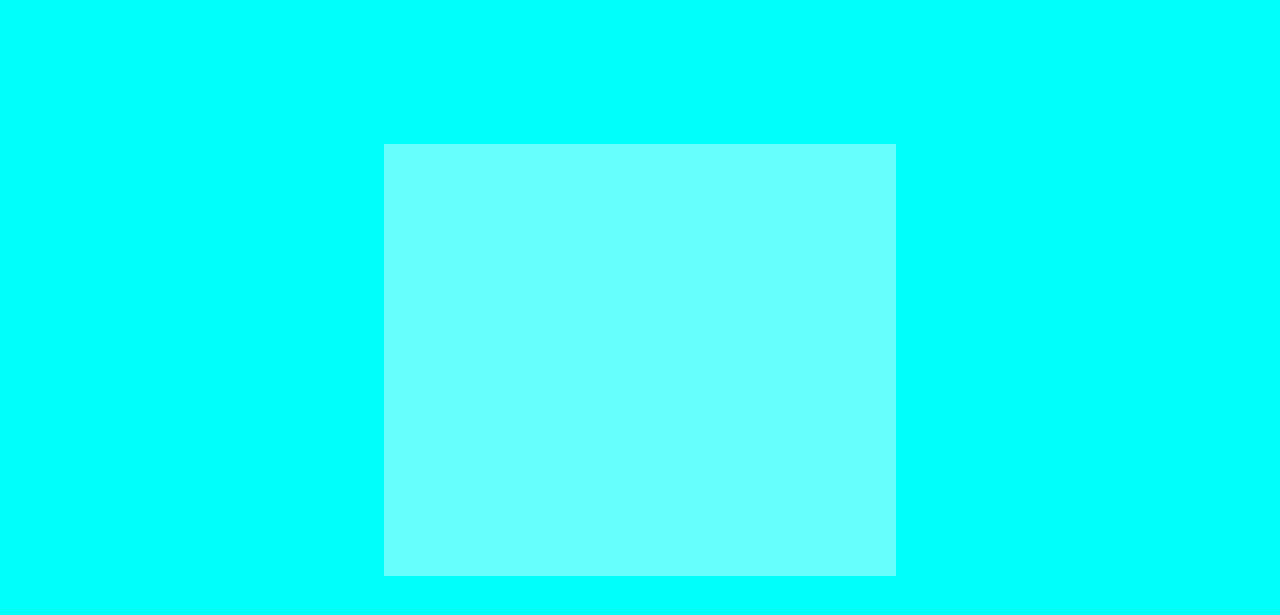
Repository: FaisalFahed/login-page
Page: html/صفحة تسجيل دخول.html
These files come from the project's save history. The page is drawn as it stood at one moment and after the next save; the edit follows.
The browser window is 1280 px wide. The pictures show the whole page.
Some web fonts or font styles are not loaded; a fallback is used.

Above is the page before, as saved 2025-04-01 08:00:05.

### html/صفحة تسجيل دخول.html
<!DOCTYPE html>
<html lang="en">
<head>
    <meta charset="UTF-8">
    <meta name="viewport" content="width=device-width, initial-scale=1.0">
    <link rel="stylesheet" href="css/normlaize.css">
    <link rel="stylesheet" href="../css/صفحة تسجيل دخول.css">
    <!-- Font Awesome -->
    <link rel="stylesheet" href="../css/all.min.css">
    <!-- Google Fonts -->
    <link rel="preconnect" href="https://fonts.googleapis.com">
    <link rel="preconnect" href="https://fonts.gstatic.com" crossorigin>
    <link href="https://fonts.googleapis.com/css2?family=Markazi+Text:wght@400..700&display=swap" rel="stylesheet">
    <title>Faisal | صفحة تسجيل دخول</title>
</head>
    <body>
        <div class="container">

        </div>
    </body>
</html>

### css/normlaize.css
/*! normalize.css v8.0.1 | MIT License | github.com/necolas/normalize.css */

/* Document
   ========================================================================== */

/**
 * 1. Correct the line height in all browsers.
 * 2. Prevent adjustments of font size after orientation changes in iOS.
 */

 html {
  line-height: 1.15; /* 1 */
  -webkit-text-size-adjust: 100%; /* 2 */
}

/* Sections
   ========================================================================== */

/**
 * Remove the margin in all browsers.
 */

body {
  margin: 0;
}

/**
 * Render the `main` element consistently in IE.
 */

main {
  display: block;
}

/**
 * Correct the font size and margin on `h1` elements within `section` and
 * `article` contexts in Chrome, Firefox, and Safari.
 */

h1 {
  font-size: 2em;
  margin: 0.67em 0;
}

/* Grouping content
   ========================================================================== */

/**
 * 1. Add the correct box sizing in Firefox.
 * 2. Show the overflow in Edge and IE.
 */

hr {
  box-sizing: content-box; /* 1 */
  height: 0; /* 1 */
  overflow: visible; /* 2 */
}

/**
 * 1. Correct the inheritance and scaling of font size in all browsers.
 * 2. Correct the odd `em` font sizing in all browsers.
 */

pre {
  font-family: monospace, monospace; /* 1 */
  font-size: 1em; /* 2 */
}

/* Text-level semantics
   ========================================================================== */

/**
 * Remove the gray background on active links in IE 10.
 */

a {
  background-color: transparent;
}

/**
 * 1. Remove the bottom border in Chrome 57-
 * 2. Add the correct text decoration in Chrome, Edge, IE, Opera, and Safari.
 */

abbr[title] {
  border-bottom: none; /* 1 */
  text-decoration: underline; /* 2 */
  text-decoration: underline dotted; /* 2 */
}

/**
 * Add the correct font weight in Chrome, Edge, and Safari.
 */

b,
strong {
  font-weight: bolder;
}

/**
 * 1. Correct the inheritance and scaling of font size in all browsers.
 * 2. Correct the odd `em` font sizing in all browsers.
 */

code,
kbd,
samp {
  font-family: monospace, monospace; /* 1 */
  font-size: 1em; /* 2 */
}

/**
 * Add the correct font size in all browsers.
 */

small {
  font-size: 80%;
}

/**
 * Prevent `sub` and `sup` elements from affecting the line height in
 * all browsers.
 */

sub,
sup {
  font-size: 75%;
  line-height: 0;
  position: relative;
  vertical-align: baseline;
}

sub {
  bottom: -0.25em;
}

sup {
  top: -0.5em;
}

/* Embedded content
   ========================================================================== */

/**
 * Remove the border on images inside links in IE 10.
 */

img {
  border-style: none;
}

/* Forms
   ========================================================================== */

/**
 * 1. Change the font styles in all browsers.
 * 2. Remove the margin in Firefox and Safari.
 */

button,
input,
optgroup,
select,
textarea {
  font-family: inherit; /* 1 */
  font-size: 100%; /* 1 */
  line-height: 1.15; /* 1 */
  margin: 0; /* 2 */
}

/**
 * Show the overflow in IE.
 * 1. Show the overflow in Edge.
 */

button,
input { /* 1 */
  overflow: visible;
}

/**
 * Remove the inheritance of text transform in Edge, Firefox, and IE.
 * 1. Remove the inheritance of text transform in Firefox.
 */

button,
select { /* 1 */
  text-transform: none;
}

/**
 * Correct the inability to style clickable types in iOS and Safari.
 */

button,
[type="button"],
[type="reset"],
[type="submit"] {
  -webkit-appearance: button;
}

/**
 * Remove the inner border and padding in Firefox.
 */

button::-moz-focus-inner,
[type="button"]::-moz-focus-inner,
[type="reset"]::-moz-focus-inner,
[type="submit"]::-moz-focus-inner {
  border-style: none;
  padding: 0;
}

/**
 * Restore the focus styles unset by the previous rule.
 */

button:-moz-focusring,
[type="button"]:-moz-focusring,
[type="reset"]:-moz-focusring,
[type="submit"]:-moz-focusring {
  outline: 1px dotted ButtonText;
}

/**
 * Correct the padding in Firefox.
 */

fieldset {
  padding: 0.35em 0.75em 0.625em;
}

/**
 * 1. Correct the text wrapping in Edge and IE.
 * 2. Correct the color inheritance from `fieldset` elements in IE.
 * 3. Remove the padding so developers are not caught out when they zero out
 *    `fieldset` elements in all browsers.
 */

legend {
  box-sizing: border-box; /* 1 */
  color: inherit; /* 2 */
  display: table; /* 1 */
  max-width: 100%; /* 1 */
  padding: 0; /* 3 */
  white-space: normal; /* 1 */
}

/**
 * Add the correct vertical alignment in Chrome, Firefox, and Opera.
 */

progress {
  vertical-align: baseline;
}

/**
 * Remove the default vertical scrollbar in IE 10+.
 */

textarea {
  overflow: auto;
}

/**
 * 1. Add the correct box sizing in IE 10.
 * 2. Remove the padding in IE 10.
 */

[type="checkbox"],
[type="radio"] {
  box-sizing: border-box; /* 1 */
  padding: 0; /* 2 */
}

/**
 * Correct the cursor style of increment and decrement buttons in Chrome.
 */

[type="number"]::-webkit-inner-spin-button,
[type="number"]::-webkit-outer-spin-button {
  height: auto;
}

/**
 * 1. Correct the odd appearance in Chrome and Safari.
 * 2. Correct the outline style in Safari.
 */

[type="search"] {
  -webkit-appearance: textfield; /* 1 */
  outline-offset: -2px; /* 2 */
}

/**
 * Remove the inner padding in Chrome and Safari on macOS.
 */

[type="search"]::-webkit-search-decoration {
  -webkit-appearance: none;
}

/**
 * 1. Correct the inability to style clickable types in iOS and Safari.
 * 2. Change font properties to `inherit` in Safari.
 */

::-webkit-file-upload-button {
  -webkit-appearance: button; /* 1 */
  font: inherit; /* 2 */
}

/* Interactive
   ========================================================================== */

/*
 * Add the correct display in Edge, IE 10+, and Firefox.
 */

details {
  display: block;
}

/*
 * Add the correct display in all browsers.
 */

summary {
  display: list-item;
}

/* Misc
   ========================================================================== */

/**
 * Add the correct display in IE 10+.
 */

template {
  display: none;
}

/**
 * Add the correct display in IE 10.
 */

[hidden] {
  display: none;
}

### css/صفحة تسجيل دخول.css
*{
    box-sizing: border-box;
}

:root{
    --main-color: #ff1f1fd6;
    --main-color-alt: #1787E0;
    --main-transition-duration: 0.3s;
    --main-padding-top: 100px;
    --main-padding-bottom: 100px;
    --section-background: #ECECEC;
}

html{
    scroll-behavior: smooth;
}

body{
    font-family: "Markazi Text", serif;
    background-color: #00fffb;
    display: flex;
    width: 100vw;
    height: 100vh;
    justify-content: center;
    align-items: center;
}

a{
    text-decoration: none;
}

ul{
    list-style: none;
    padding: 0;
    margin: 0;
}

.container{
    padding-left: 15px;
    padding-right: 15px;
    margin-left: auto;
    margin-right: auto;
    background-color: rgba(255, 255, 255, 0.40);
    height: 60vh;
    width: 40vw;
}

/* @media (min-width:768px){
    .container{
        width: 750px;
    }
}

@media (min-width:992px){
    .container{
        width: 970px;
    }
}

@media (min-width:1200px){
    .container{
        width: 1170px;
    }
} */

Loaded but not shown: css/all.min.css (library)

After the next save:
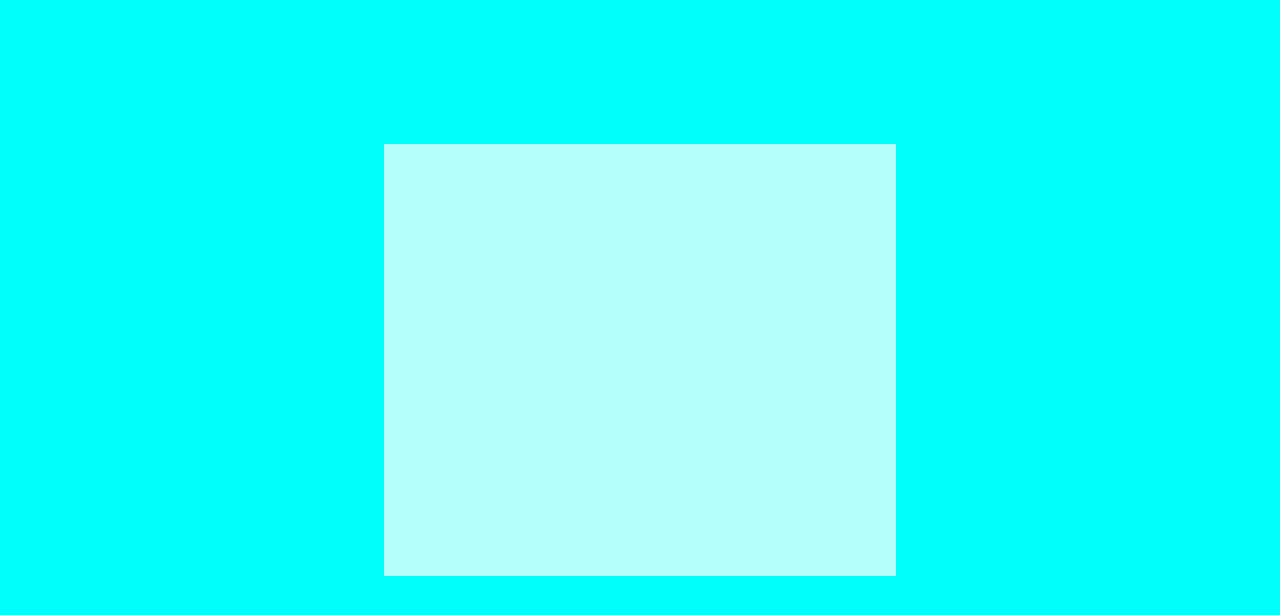
Saved 5 s later.
--- a/css/صفحة تسجيل دخول.css
+++ b/css/صفحة تسجيل دخول.css
@@ -40,7 +40,7 @@ ul{
     padding-right: 15px;
     margin-left: auto;
     margin-right: auto;
-    background-color: rgba(255, 255, 255, 0.40);
+    background-color: rgba(255, 255, 255, 0.70);
     height: 60vh;
     width: 40vw;
 }
